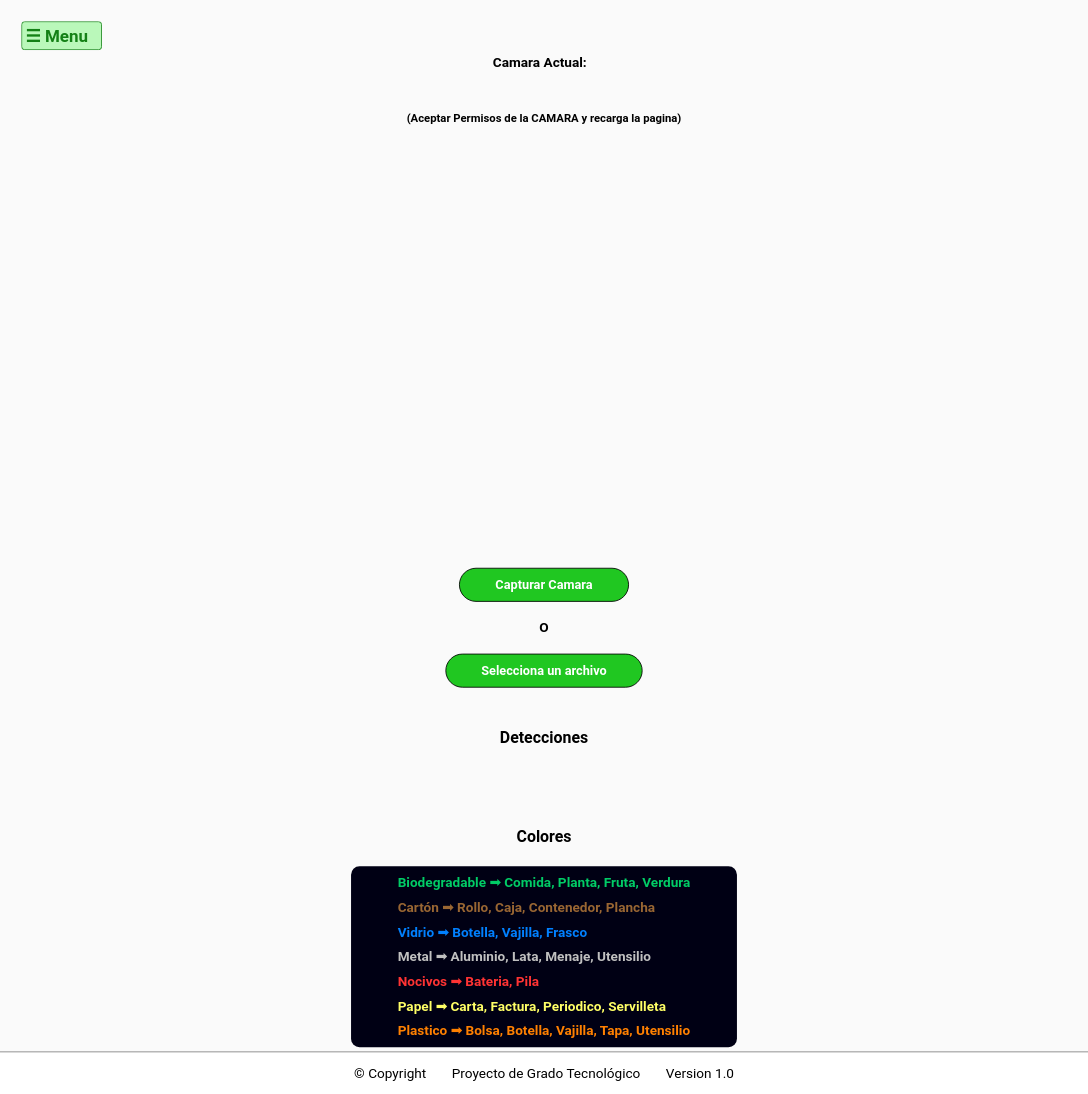
Repository: castecabas/Recicladora
Page: http://localhost/model
An editor plug-in stored every save of this project. The page is shown before and after the next save, followed by the edit.
The browser window is 1280 px wide. The pictures show the whole page, at 85% of full size.
The pointer rests on the first visible `.btn_openmenu`.
Pictures or frames that could not be fetched are drawn as grey boxes. The page is served by the project's application, run on Flask 3 (src/index.py).

Above is the page before, as saved 2025-01-03 20:30:08.

After the next save:
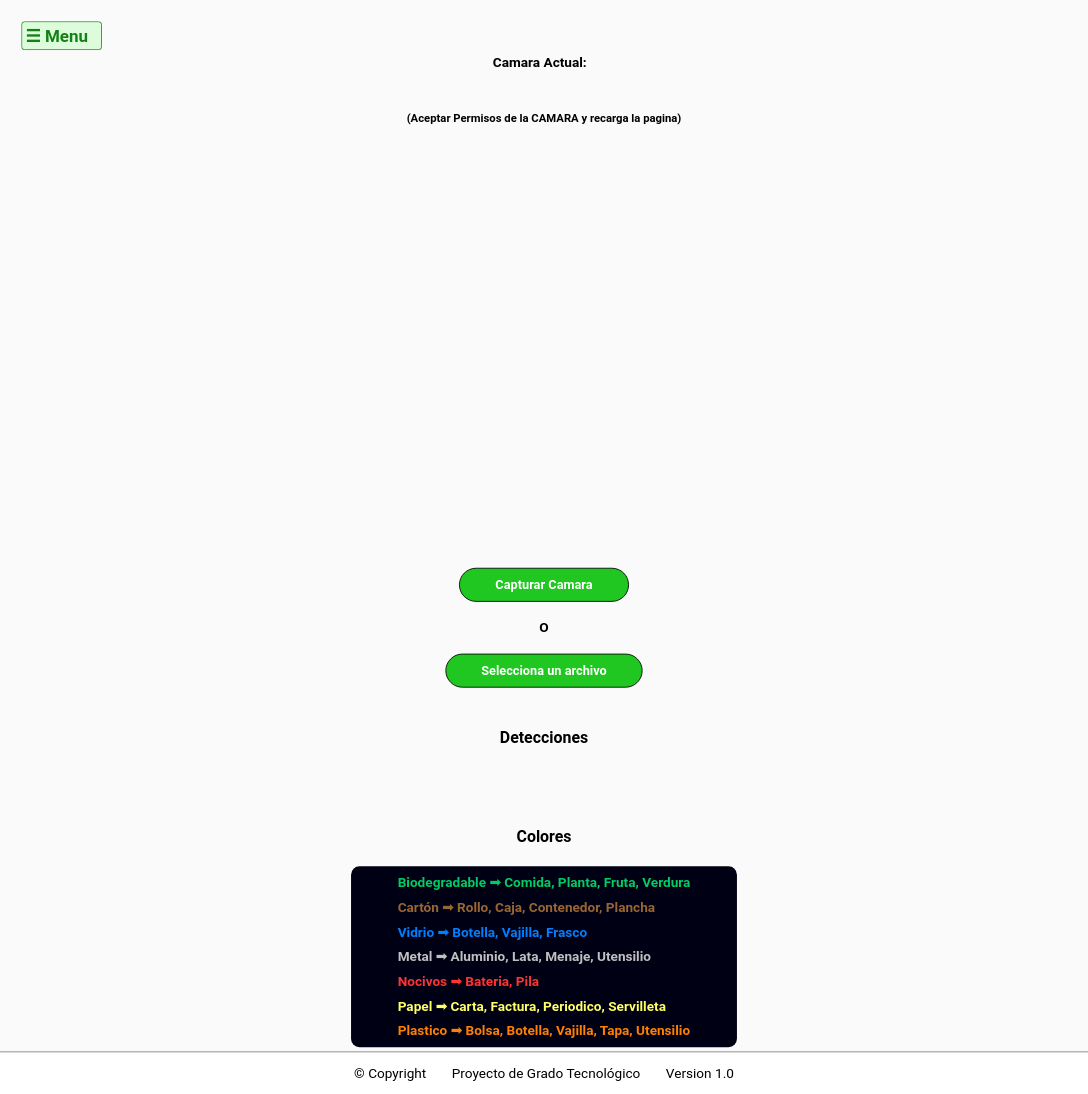
Saved 9 s later.
--- a/src/static/css/model.css
+++ b/src/static/css/model.css
@@ -30,7 +30,7 @@ main {
 }
 
 .btn_openmenu:hover {
-    background-color: var(--verde-200);
+    background-color: var(--verde-100);
 }
 
 .container {
